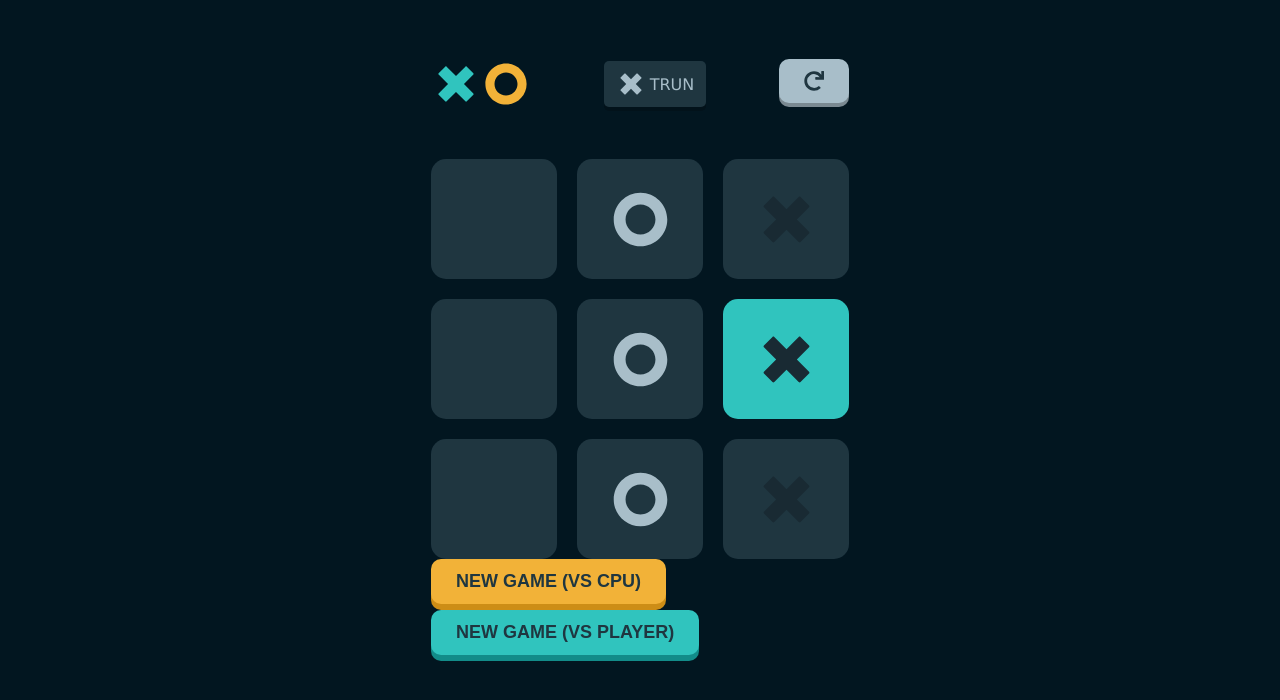
Repository: SD-Mdouka/XO_GAME
Page: /
The author's editor kept a copy of each file at every save. The page is drawn from the files as they stood at one save, then again after the next save.
The browser window is 1280 px wide. The pictures show the whole page.
The project was rebuilt for these pictures with package versions that can differ from the ones it lists, and the page was loaded fresh each time. Also part of the build but not shown: src/component/start/Start.js.

Above is the page before, as saved 2022-08-29 16:34:05.

### src/index.css
* {
    padding: 0;
    margin: 0;
    box-sizing: border-box;
}

:root {
    --color-bg-dark: #192a33;
    --color-bg-light: #1f3640;
    --color-gray: #a8bec9;
    --color-gray-dark: #7a8991;
    --color-yellow: #f2b238;
    --color-yellow-dark: #cd8d16;
    --color-blue: #30c4be;
    --color-blue-dark: #128c89;
    --shadow-y: 6px;
}

html {
    font-family: "Lucida Sans", "Lucida Sans Regular", "Lucida Grande", "Lucida Sans Unicode", Geneva, Verdana, sans-serif;
    text-transform: uppercase;
    font-size: 16px;
}

body {
    background-color: var(--color-bg-dark);
    color: var(--color-gray);
}

.App {
    background-color: #021620;
    min-height: 100vh;
    display: flex;
    align-items: center;
    justify-content: center;
}

.container {
    max-width: 450px;
    width: 100%;
    margin-inline: auto;
    padding: 2rem 1rem;
}


/*utilites*/

.card {
    padding: 25px;
    display: flex;
    flex-direction: column;
    gap: 25px;
    border-radius: 15px;
    background-color: var(--color-bg-light);
    -webkit-border-radius: 15px;
    -moz-border-radius: 15px;
    -ms-border-radius: 15px;
    -o-border-radius: 15px;
    text-align: center;
}

.text-lg {
    font-size: 1.25rem;
}

.text-xl {
    font-size: 1.5rem;
}

.text-2xl {
    font-size: 1.725rem;
}

.text-light {
    color: var(--color-gray);
}

.text-blue {
    color: var(--color-blue);
}

.text-yellow {
    color: var(--color-yellow);
}

.btn {
    background-color: var(--color-gray);
    border: none;
    font-size: 1.125rem;
    font-weight: bold;
    padding: 12px 25px;
    text-transform: uppercase;
    cursor: pointer;
    border-radius: 10px;
    -webkit-border-radius: 10px;
    -moz-border-radius: 10px;
    -ms-border-radius: 10px;
    -o-border-radius: 10px;
    color: var(--color-bg-light);
    display: inline-block;
    box-shadow: 0 var(--shadow-y) 0 var(--color-gray-dark);
    margin-bottom: 6px;
    transition: all 0.2s;
    -webkit-transition: all 0.2s;
    -moz-transition: all 0.2s;
    -ms-transition: all 0.2s;
    -o-transition: all 0.2s;
}

.btn:hover {
    --shadow-y: 8px;
    transform: translateY(-2px);
    -webkit-transform: translateY(-2px);
    -moz-transform: translateY(-2px);
    -ms-transform: translateY(-2px);
    -o-transform: translateY(-2px);
}

.btn:active {
    --shadow-y: 4px;
    transform: translateY(2px);
    -webkit-transform: translateY(2px);
    -moz-transform: translateY(2px);
    -ms-transform: translateY(2px);
    -o-transform: translateY(2px);
}

.btn-yellow {
    background-color: var(--color-yellow);
    box-shadow: 0 var(--shadow-y) 0 var(--color-yellow-dark);
}

.btn-blue {
    background-color: var(--color-blue);
    box-shadow: 0 var(--shadow-y) 0 var(--color-blue-dark);
}

.btn-sm {
    --shadow-y: 4px;
}

.btn-sm:hover {
    --shadow-y: 6px;
}

.btn-sm:active {
    --shadow-y: 3px;
}


/* icons */

.icon {
    display: inline-block;
}

.icon svg {
    fill: var(--color-gray);
    height: 50px;
    width: 50px;
    vertical-align: middle;
}

.icon-sm svg {
    height: 30px;
    width: 30px;
}

.icon-lg svg {
    height: 65px;
    width: 65px;
}

.icon-yellow svg {
    fill: var(--color-yellow);
}

.icon-blue svg {
    fill: var(--color-blue);
}

.icon-dark svg {
    fill: var(--color-bg-dark);
}


/* Sarte */

.start {
    display: flex;
    flex-direction: column;
    gap: 25px;
}

.start__header {
    display: flex;
    align-items: center;
    justify-content: center;
}

.start__players {
    background-color: var(--color-bg-dark);
    padding: 10px;
    border-radius: 15px;
    -webkit-border-radius: 15px;
    -moz-border-radius: 15px;
    -ms-border-radius: 15px;
    -o-border-radius: 15px;
    display: flex;
    align-items: center;
    box-shadow: inset 0 0 8px rgba(0, 0, 0, 0.2);
}

.start__players span {
    width: 50%;
    display: flex;
    align-items: center;
    justify-content: center;
    padding: 15px 10px;
    border-radius: 10px;
    -webkit-border-radius: 10px;
    -moz-border-radius: 10px;
    -ms-border-radius: 10px;
    -o-border-radius: 10px;
    cursor: pointer;
}

.start__players--active {
    background-color: var(--color-gray);
    box-shadow: 0 0 8px rgba(255, 255, 255, 0.2);
}

.start__btns {
    display: flex;
    flex-direction: column;
    gap: 12px;
}


/* board */

.board__header {
    display: flex;
    justify-content: space-between;
    align-items: center;
    margin-bottom: 50px;
}

.board__turn {
    border-radius: 5px;
    background-color: var(--color-bg-light);
    -webkit-border-radius: 5px;
    -moz-border-radius: 5px;
    -ms-border-radius: 5px;
    -o-border-radius: 5px;
    padding: 8px 12px;
    align-items: center;
    display: flex;
    gap: 4px;
    box-shadow: 0 4px 0 rgba(0, 0, 0, 0.2);
}

.board__restart svg {
    height: 20px;
    display: flex;
    align-items: center;
    transform-origin: center;
    transition: all 0.3s;
    -webkit-transition: all 0.3s;
    -moz-transition: all 0.3s;
    -ms-transition: all 0.3s;
    -o-transition: all 0.3s;
}

.board__restart:active svg {
    transform: rotate(180deg);
    -webkit-transform: rotate(180deg);
    -moz-transform: rotate(180deg);
    -ms-transform: rotate(180deg);
    -o-transform: rotate(180deg);
}

.board__body {
    display: grid;
    grid-template-columns: repeat(3, 1fr);
    gap: 20px;
}

.board__body .card {
    height: 120px;
    display: flex;
    align-items: center;
    justify-content: center;
    cursor: pointer;
    padding-inline: 10px;
}

.board__body .active.shadow-blue {
    background-color: var(--color-blue);
}

.board__body .active.shadow-yellow {
    background-color: var(--color-yellow);
}

.board__body .active.shadow-dark {
    background-color: var(--color-bg-dark);
}

### src/App.js
import Board from "./component/board/Board";
import Start from "./component/start/Start";

function App() {
  return (
    <div className="App">
      <div className="container">
        {/* <Start /> */}
        <Board />
      </div>
    </div>
  );
}

export default App;

### src/component/board/Board.js
import React from "react";
import Xicons from "../icons/Xicons";
import Oicons from "../icons/Oicons";
import Refrsh from "../icons/Refrsh";
import BorardCard from "./BorardCard";

const Board = () => {
  const squars = [" ", "o", "x", " ", "o", "x", " ", "o", "x"];
  return (
    <div className="board">
      <div className="board__header">
        <div>
          <Xicons />
          <Oicons />
        </div>
        <div className="board__turn">
          <Xicons color={"ligth"} size="sm" /> trun
        </div>
        <div>
          <button className="btn btn-sm board__restart">
            <Refrsh />
          </button>
        </div>
      </div>
      <div className="board__body">
        {squars.map((sq, ix) => (
          <BorardCard key={ix} index={ix} user={sq} active={ix === 5} />
        ))}
      </div>
      <div className="board__footer">
        <button className="btn btn-yellow">new game (vs CPU)</button>
        <button className="btn btn-blue">new game (vs Player)</button>
      </div>
    </div>
  );
};

export default Board;

### src/component/icons/Xicons.js
import React from "react";

const Xicon = ({ color, size }) => {
  return (
    <div
      className={`icon ${color ? "icon-" + color : "icon-blue"} ${
        size && "icon-" + size
      }`}
    >
      <svg
        version="1.1"
        id="Layer_1"
        x="0px"
        y="0px"
        width="100px"
        height="100px"
        viewBox="0 0 100 100"
      >
        <path
          d="M84.707,68.752L65.951,49.998l18.75-18.752c0.777-0.777,0.777-2.036,0-2.813L71.566,15.295
	c-0.777-0.777-2.037-0.777-2.814,0L49.999,34.047l-18.75-18.752c-0.746-0.747-2.067-0.747-2.814,0L15.297,28.431
	c-0.373,0.373-0.583,0.88-0.583,1.407c0,0.527,0.21,1.034,0.583,1.407L34.05,49.998L15.294,68.753
	c-0.373,0.374-0.583,0.88-0.583,1.407c0,0.528,0.21,1.035,0.583,1.407l13.136,13.137c0.373,0.373,0.881,0.583,1.41,0.583
	c0.525,0,1.031-0.21,1.404-0.583l18.755-18.755l18.756,18.754c0.389,0.388,0.896,0.583,1.407,0.583c0.511,0,1.019-0.195,1.408-0.583
	l13.138-13.137C85.484,70.789,85.484,69.53,84.707,68.752z"
        />
      </svg>
    </div>
  );
};

export default Xicon;

### src/component/icons/Oicons.js
import React from "react";

const Oicon = ({ color, size }) => {
  return (
    <div
      className={`icon ${color ? "icon-" + color : "icon-yellow"} ${
        size && "icon-" + size
      }`}
    >
      <svg
        version="1.1"
        id="Layer_1"
        x="0px"
        y="0px"
        viewBox="-169 -35 100 100"
      >
        <g>
          <path
            d="M-119,56.2c-22.7,0-41.2-18.5-41.2-41.2s18.5-41.2,41.2-41.2c22.7,0,41.2,18.5,41.2,41.2S-96.3,56.2-119,56.2z M-119-8
		c-12.7,0-23,10.3-23,23c0,12.7,10.3,23,23,23s23-10.3,23-23C-96,2.3-106.3-8-119-8z"
          />
        </g>
      </svg>
    </div>
  );
};

export default Oicon;

### src/component/icons/Refrsh.js
import React from "react";

const Refrsh = () => {
  return (
    <svg
      aria-hidden="true"
      focusable="false"
      data-prefix="fas"
      data-icon="redo"
      role="img"
      xmlns="http://www.w3.org/2000/svg"
      viewBox="0 0 512 512"
    >
      <path
        fill="currentColor"
        d="M500.33 0h-47.41a12 12 0 0 0-12 12.57l4 82.76A247.42 247.42 0 0 0 256 8C119.34 8 7.9 119.53 8 256.19 8.1 393.07 119.1 504 256 504a247.1 247.1 0 0 0 166.18-63.91 12 12 0 0 0 .48-17.43l-34-34a12 12 0 0 0-16.38-.55A176 176 0 1 1 402.1 157.8l-101.53-4.87a12 12 0 0 0-12.57 12v47.41a12 12 0 0 0 12 12h200.33a12 12 0 0 0 12-12V12a12 12 0 0 0-12-12z"
      ></path>
    </svg>
  );
};

export default Refrsh;

### src/component/board/BorardCard.js
import React from "react";
import Xicons from "../icons/Xicons";
import Oicons from "../icons/Oicons";

const BorardCard = ({ user = "nouser", active, index }) => {
  return (
    <div
      className={`card
      ${active && user === "x" && "shadow-blue"}
    ${active && user === "o" && "shadow-yellow"}
    ${!active ? "shadow-gray" : "active"}
    `}
    >
      {user === "x" && <Xicons color={"dark"} size="lg" />}
      {user === "o" && <Oicons color={"light"} size="lg" />}
    </div>
  );
};

export default BorardCard;

Loaded but not shown: public/index.html (common file); src/index.js (common file)

After the next save:
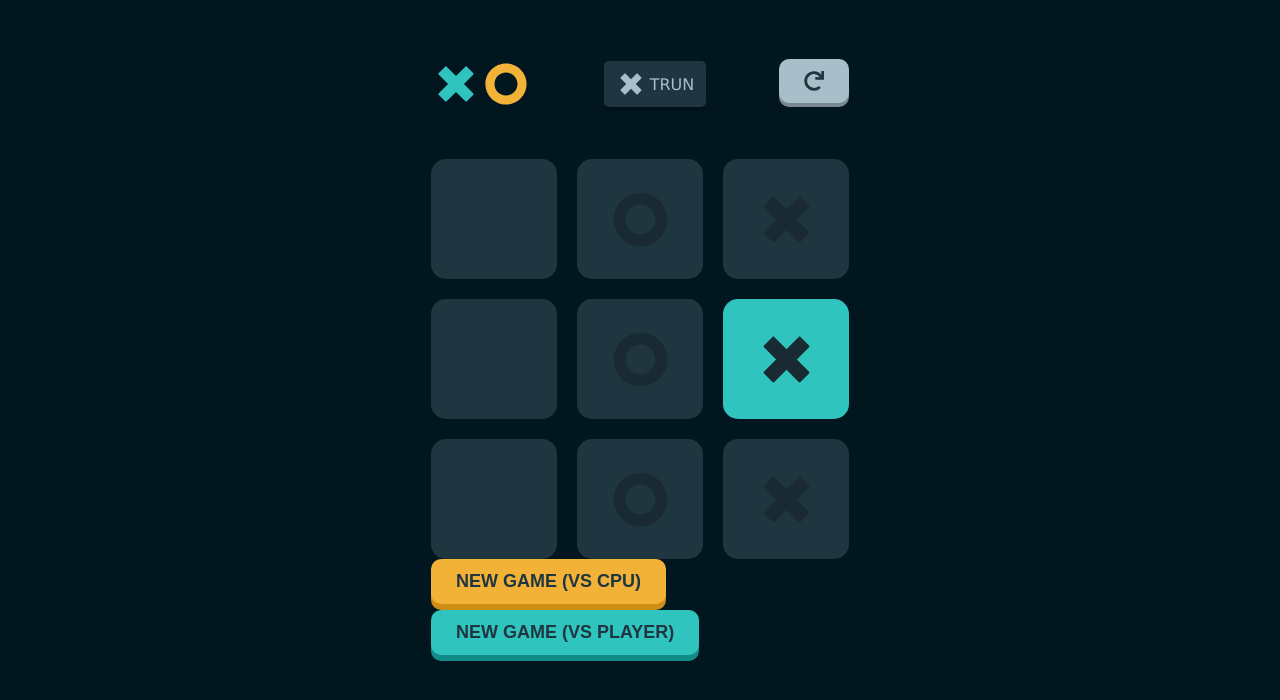
Saved 91 s later.
--- a/src/component/board/BorardCard.js
+++ b/src/component/board/BorardCard.js
@@ -12,7 +12,7 @@ const BorardCard = ({ user = "nouser", active, index }) => {
     `}
     >
       {user === "x" && <Xicons color={"dark"} size="lg" />}
-      {user === "o" && <Oicons color={"light"} size="lg" />}
+      {user === "o" && <Oicons color={"dark"} size="lg" />}
     </div>
   );
 };
